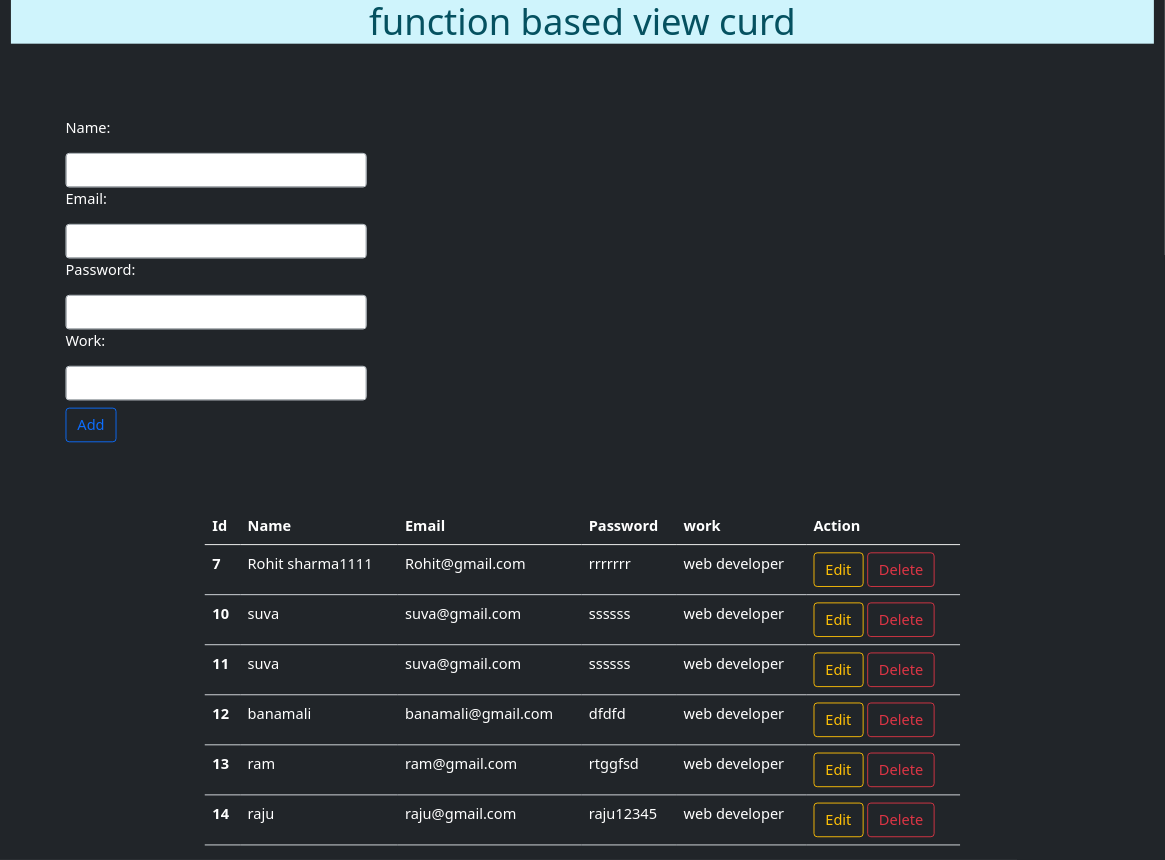
Repository: subhaDTECH/curd-function-based
Page: http://localhost/addshow/
An editor plug-in stored every save of this project. The page is shown before and after the next save, followed by the edit.
The browser window is 1280 px wide. The pictures show the whole page, at 91% of full size.
The page is served by the project's application, run on Django 3.2 (manage.py). The page reads the database file committed with the project.

Above is the page before, as saved 2022-01-17 17:33:21.

After the next save:
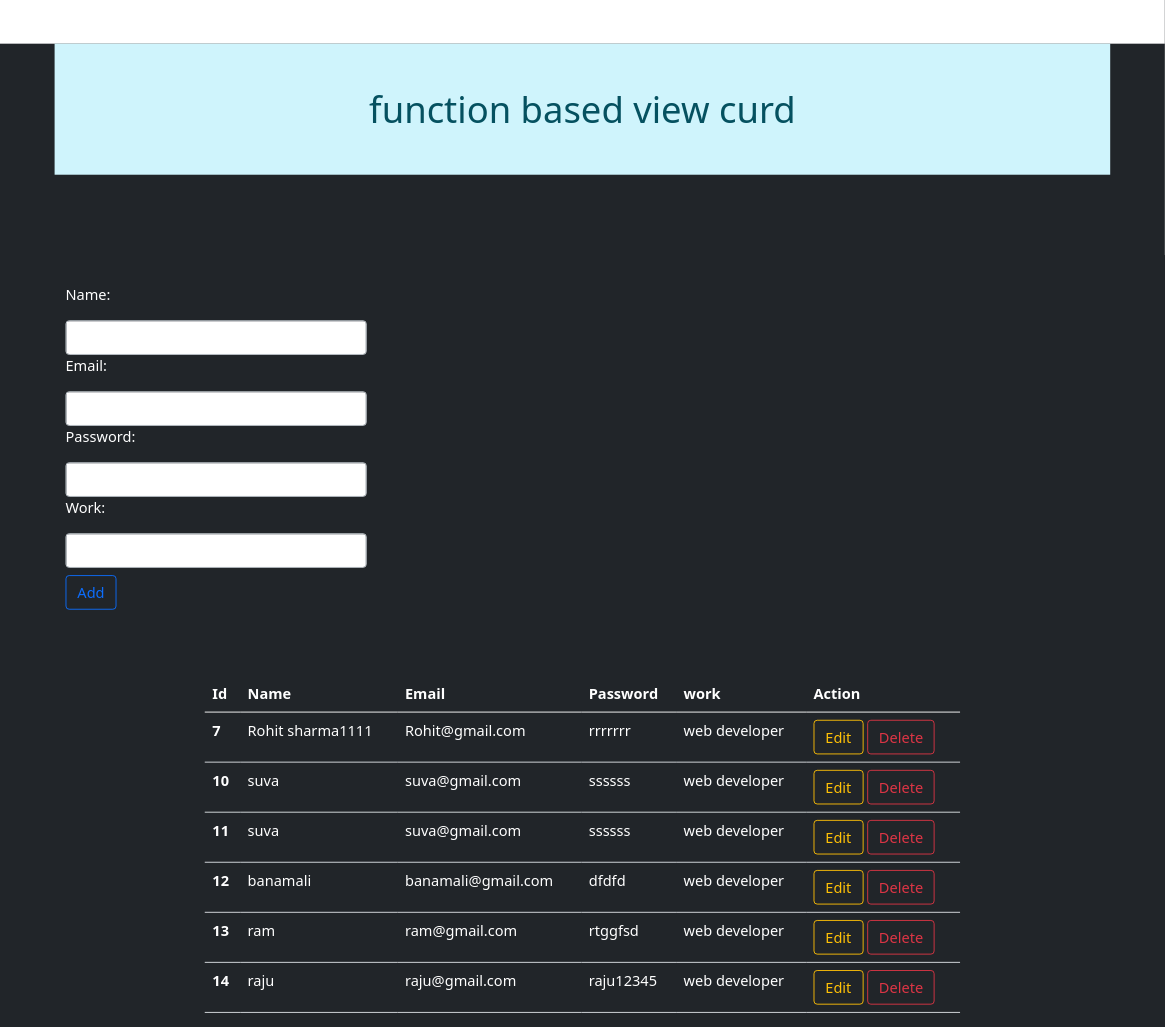
Saved 22 s later.
--- a/student/templates/student/addshow.html
+++ b/student/templates/student/addshow.html
@@ -9,7 +9,7 @@
 </head>
 <body>
    <div class="container-fluid bg-dark text-white">
-      <h1 class=" text-center atert alert-info">function based view curd </h1>
+      <h1 class=" text-center atert alert-info m-5 p-5">function based view curd </h1>
       <div class="row">
             <div class="col-md-4 m-4 ml-4 p-5">
                        <form method="POST" novalidate >
